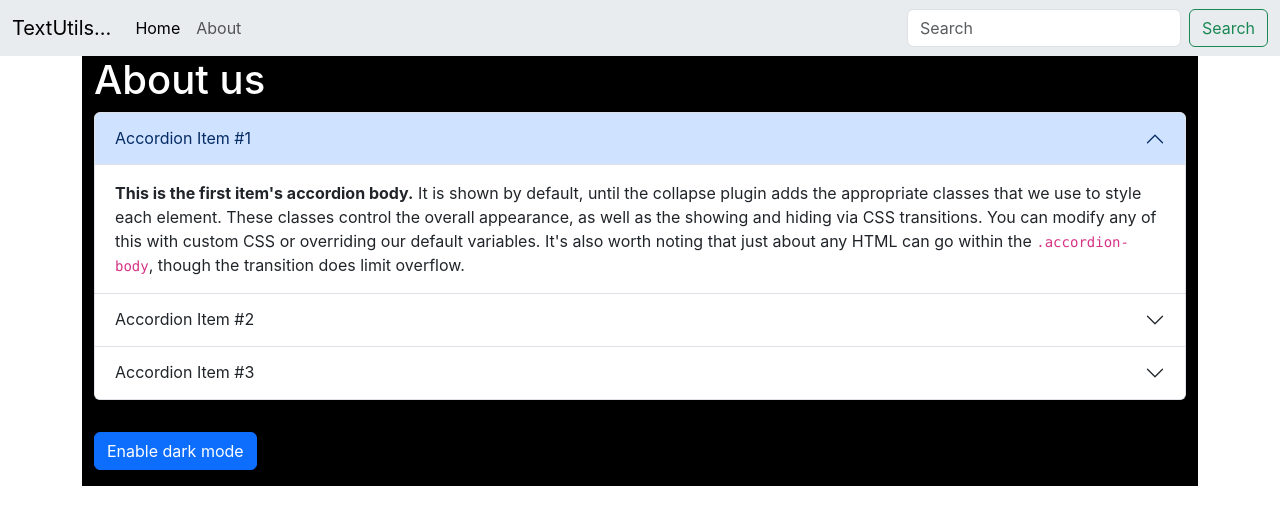
Repository: SujanNagaju/react-demo
Page: /
An editor plug-in stored every save of this project. The page is shown before and after the next save, followed by the edit.
The browser window is 1280 px wide. The pictures show the whole page.
The project was rebuilt for these pictures with package versions that can differ from the ones it lists, and the page was loaded fresh each time. Also part of the build but not shown: src/App.css, src/components/TextForm.js.

Above is the page before, as saved 2024-12-29 15:17:02.

After the next save:
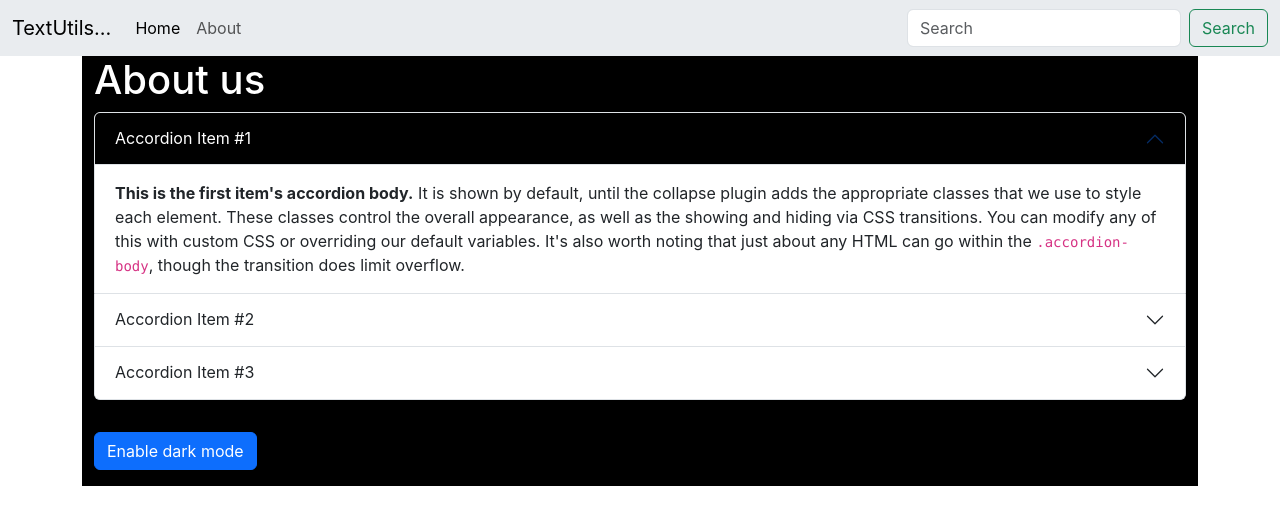
Saved 61 s later.
--- a/src/components/About.js
+++ b/src/components/About.js
@@ -12,7 +12,7 @@ export default function About(props) {
             <div className="accordion" id="accordionExample">
                 <div className="accordion-item">
                     <h2 className="accordion-header">
-                    <button className="accordion-button" type="button" data-bs-toggle="collapse" data-bs-target="#collapseOne" aria-expanded="true" aria-controls="collapseOne">
+                    <button className="accordion-button" style={myStyle} type="button" data-bs-toggle="collapse" data-bs-target="#collapseOne" aria-expanded="true" aria-controls="collapseOne">
                         Accordion Item #1
                     </button>
                     </h2>
